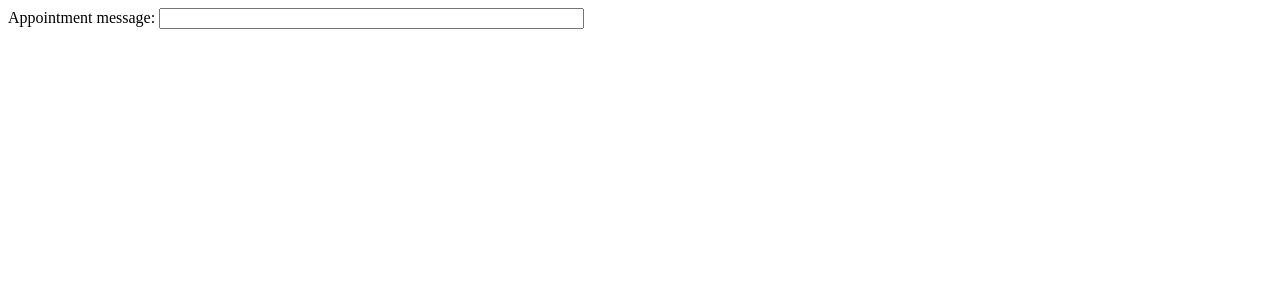
Repository: shiveshk/PullData
Page: http://localhost/Hams/message.jsp
The author's editor kept a copy of each file at every save. The page is drawn from the files as they stood at one save, then again after the next save.
The browser window is 1280 px wide. The pictures show the whole page.
The page is served by Tomcat 9. Nobody is signed in. The application's start-up code is not run. Other server files are loaded and not shown.

Above is the page before, as saved 2015-11-06 07:34:11.

### Hams/WebContent/message.jsp
<%@ page language="java" contentType="text/html; charset=ISO-8859-1"
    pageEncoding="ISO-8859-1"%>
<!DOCTYPE html PUBLIC "-//W3C//DTD HTML 4.01 Transitional//EN" "http://www.w3.org/TR/html4/loose.dtd">
<html>
<head>
<meta http-equiv="Content-Type" content="text/html; charset=ISO-8859-1">
<title>Insert title here</title>
</head>
<body>

Appointment message: <input type="text" id="patient_name" name="patient_name" value="${sessionScope.patient_name}" size=50 maxlength=500 />

</body>
</html>

After the next save:
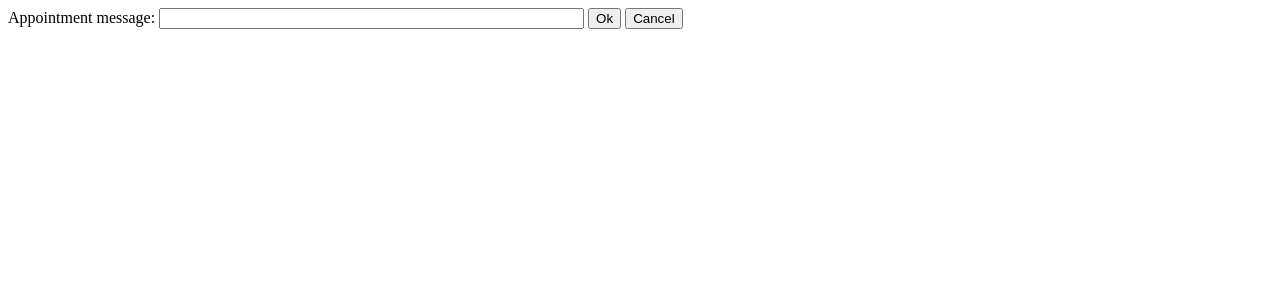
Saved 58 s later.
--- a/Hams/WebContent/message.jsp
+++ b/Hams/WebContent/message.jsp
@@ -9,6 +9,7 @@
 <body>
 
 Appointment message: <input type="text" id="patient_name" name="patient_name" value="${sessionScope.patient_name}" size=50 maxlength=500 />
-
+<button>Ok</button>
+<button>Cancel</button>
 </body>
 </html>
